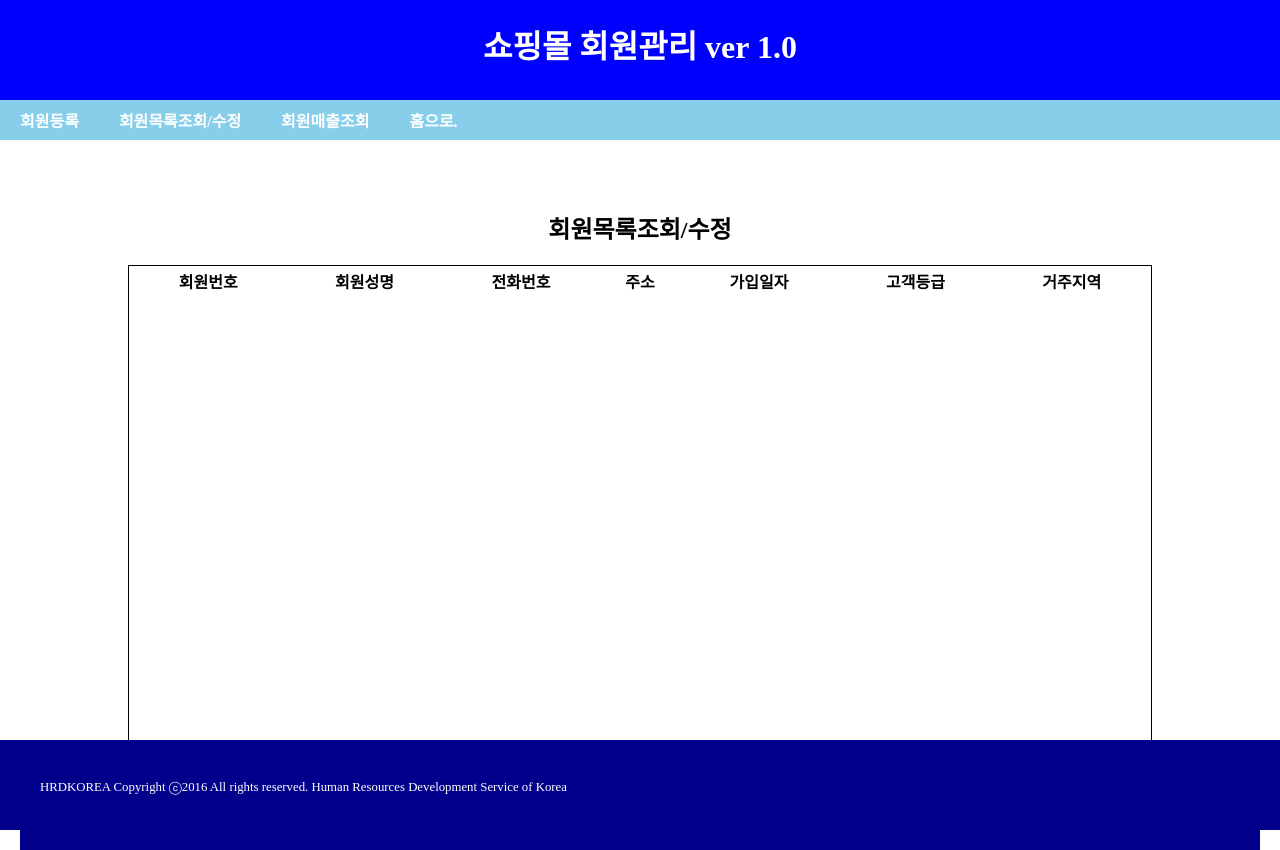
Repository: GotChun/DH_JSP
Page: http://localhost/HRD_1234/memberInfo.jsp
An editor plug-in stored every save of this project. The page is shown before and after the next save, followed by the edit.
The browser window is 1280 px wide. The pictures show the whole page.
The page is served by Tomcat 9.

Above is the page before, as saved 2024-10-25 02:14:52.

After the next save:
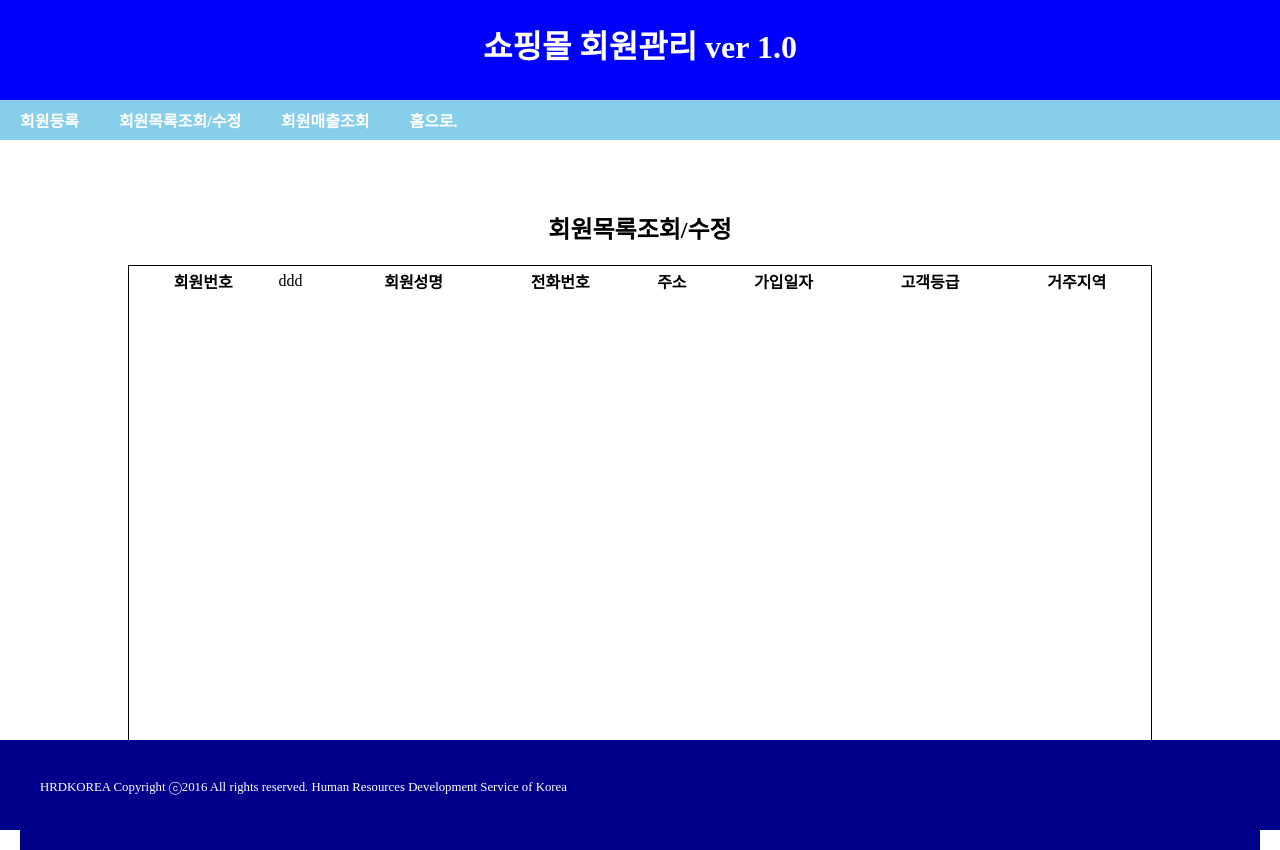
Saved 19 s later.
--- a/hrdkorea/HRD_1234/src/main/webapp/memberInfo.jsp
+++ b/hrdkorea/HRD_1234/src/main/webapp/memberInfo.jsp
@@ -22,6 +22,7 @@
 				<thead>
 				<tr>
 					<th>회원번호</th>
+					<td>ddd</td>
 					<th>회원성명</th>
 					<th>전화번호</th>
 					<th>주소</th>

After the save that followed:
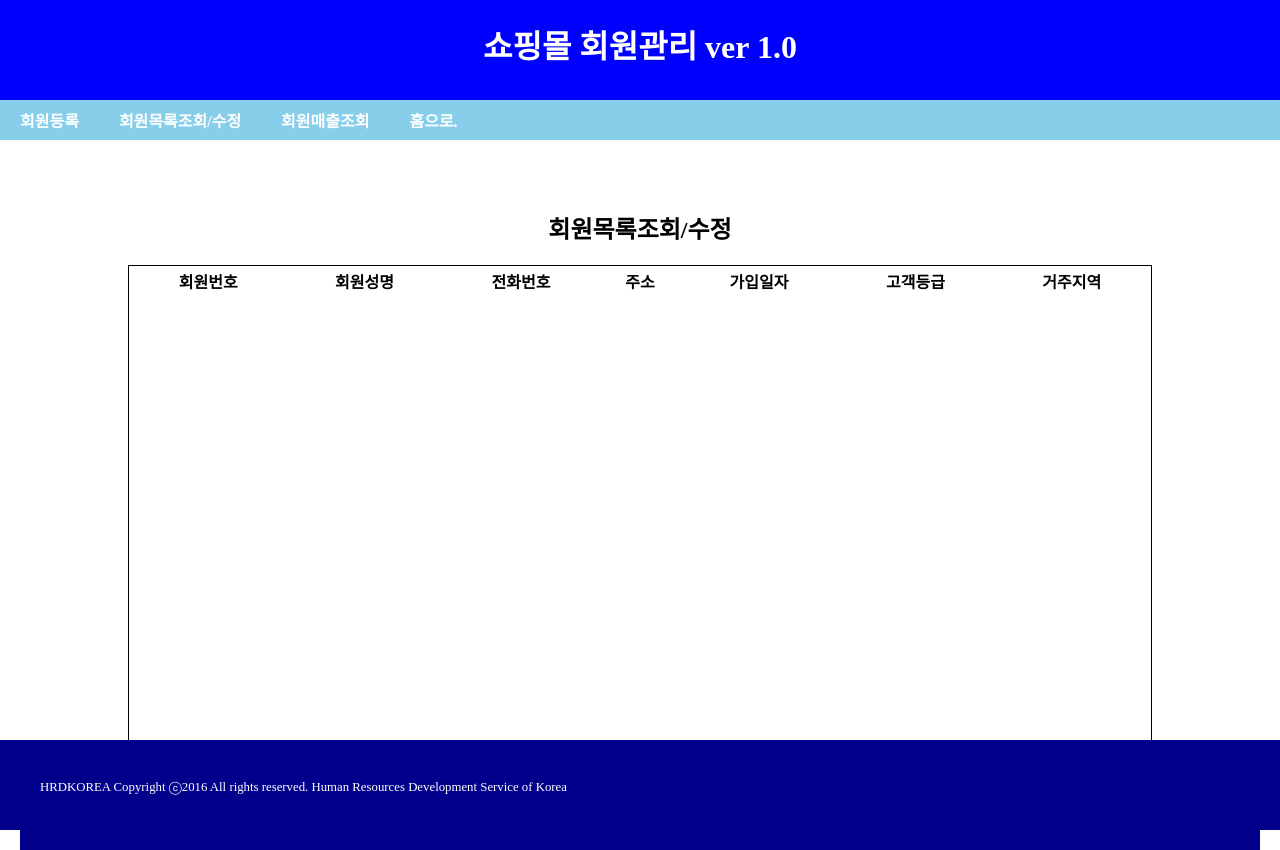
Saved 10 s later.
--- a/hrdkorea/HRD_1234/src/main/webapp/memberInfo.jsp
+++ b/hrdkorea/HRD_1234/src/main/webapp/memberInfo.jsp
@@ -22,7 +22,6 @@
 				<thead>
 				<tr>
 					<th>회원번호</th>
-					<td>ddd</td>
 					<th>회원성명</th>
 					<th>전화번호</th>
 					<th>주소</th>
